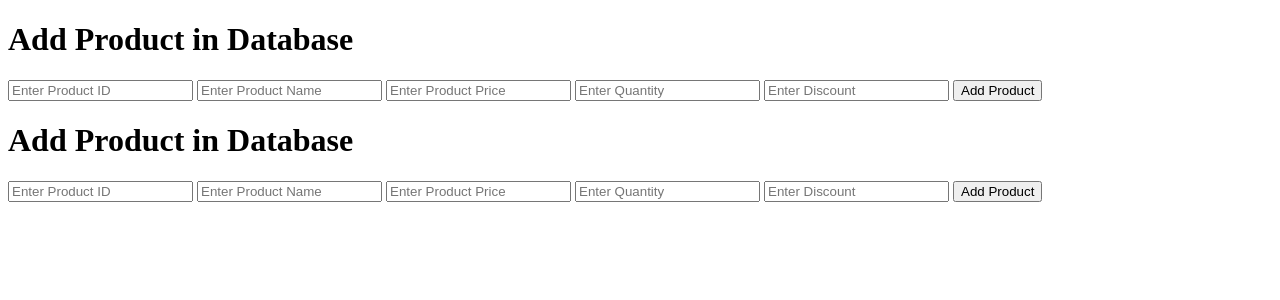
Repository: ajaybshinde21/web-based-java-assignment
Page: http://localhost/ecommerce-web-app/AddProduct.jsp
The author's editor kept a copy of each file at every save. The page is drawn from the files as they stood at one save, then again after the next save.
The browser window is 1280 px wide. The pictures show the whole page.
The page is served by Tomcat 9. Other server files are loaded and not shown.

Above is the page before, as saved 2022-01-22 15:37:35.

### ecommerce-web-app/WebContent/AddProduct.jsp
<%@ page language="java" contentType="text/html; charset=UTF-8"
    pageEncoding="UTF-8"%>
<!DOCTYPE html>
<html lang="en">
<head>
  <meta charset="UTF-8">
  <meta http-equiv="X-UA-Compatible" content="IE=edge">
  <meta name="viewport" content="width=device-width, initial-scale=1.0">
  <title>Add Product</title>
</head>
<body>
  <h1>Add Product in Database</h1>
  <form action="AddProduct" method="GET">
    <input type="number" name="id" id="id" placeholder="Enter Product ID">
    <input type="text" name="name" id="name" placeholder="Enter Product Name">
<input type="number" name="price" id="price" placeholder="Enter Product Price">
<input type="number" name="quantity" id="quantity" placeholder="Enter Quantity">
<input type="number" name="discount" id="" placeholder="Enter Discount">
<input type="submit" value="Add Product">


  </form>
</body>
</html><!DOCTYPE html>
<html lang="en">
<head>
  <meta charset="UTF-8">
  <meta http-equiv="X-UA-Compatible" content="IE=edge">
  <meta name="viewport" content="width=device-width, initial-scale=1.0">
  <title>Document</title>
</head>
<body>
  <h1>Add Product in Database</h1>
  <form action="AddProduct" method="GET">
    <input type="number" name="id" id="id" placeholder="Enter Product ID">
    <input type="text" name="name" id="name" placeholder="Enter Product Name">
<input type="number" name="price" id="price" placeholder="Enter Product Price">
<input type="number" name="quantity" id="quantity" placeholder="Enter Quantity">
<input type="number" name="discount" id="" placeholder="Enter Discount">
<input type="submit" value="Add Product">


  </form>
</body>
</html>

After the next save:
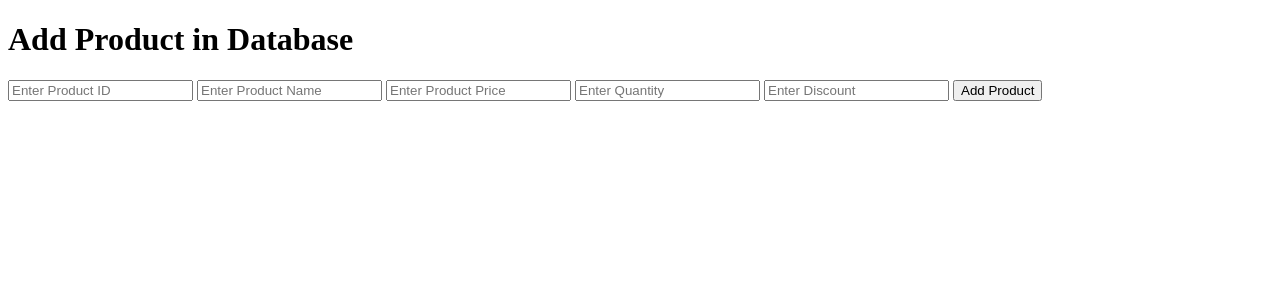
Saved 8 s later.
--- a/ecommerce-web-app/WebContent/AddProduct.jsp
+++ b/ecommerce-web-app/WebContent/AddProduct.jsp
@@ -21,25 +21,4 @@
 
   </form>
 </body>
-</html><!DOCTYPE html>
-<html lang="en">
-<head>
-  <meta charset="UTF-8">
-  <meta http-equiv="X-UA-Compatible" content="IE=edge">
-  <meta name="viewport" content="width=device-width, initial-scale=1.0">
-  <title>Document</title>
-</head>
-<body>
-  <h1>Add Product in Database</h1>
-  <form action="AddProduct" method="GET">
-    <input type="number" name="id" id="id" placeholder="Enter Product ID">
-    <input type="text" name="name" id="name" placeholder="Enter Product Name">
-<input type="number" name="price" id="price" placeholder="Enter Product Price">
-<input type="number" name="quantity" id="quantity" placeholder="Enter Quantity">
-<input type="number" name="discount" id="" placeholder="Enter Discount">
-<input type="submit" value="Add Product">
-
-
-  </form>
-</body>
 </html>
